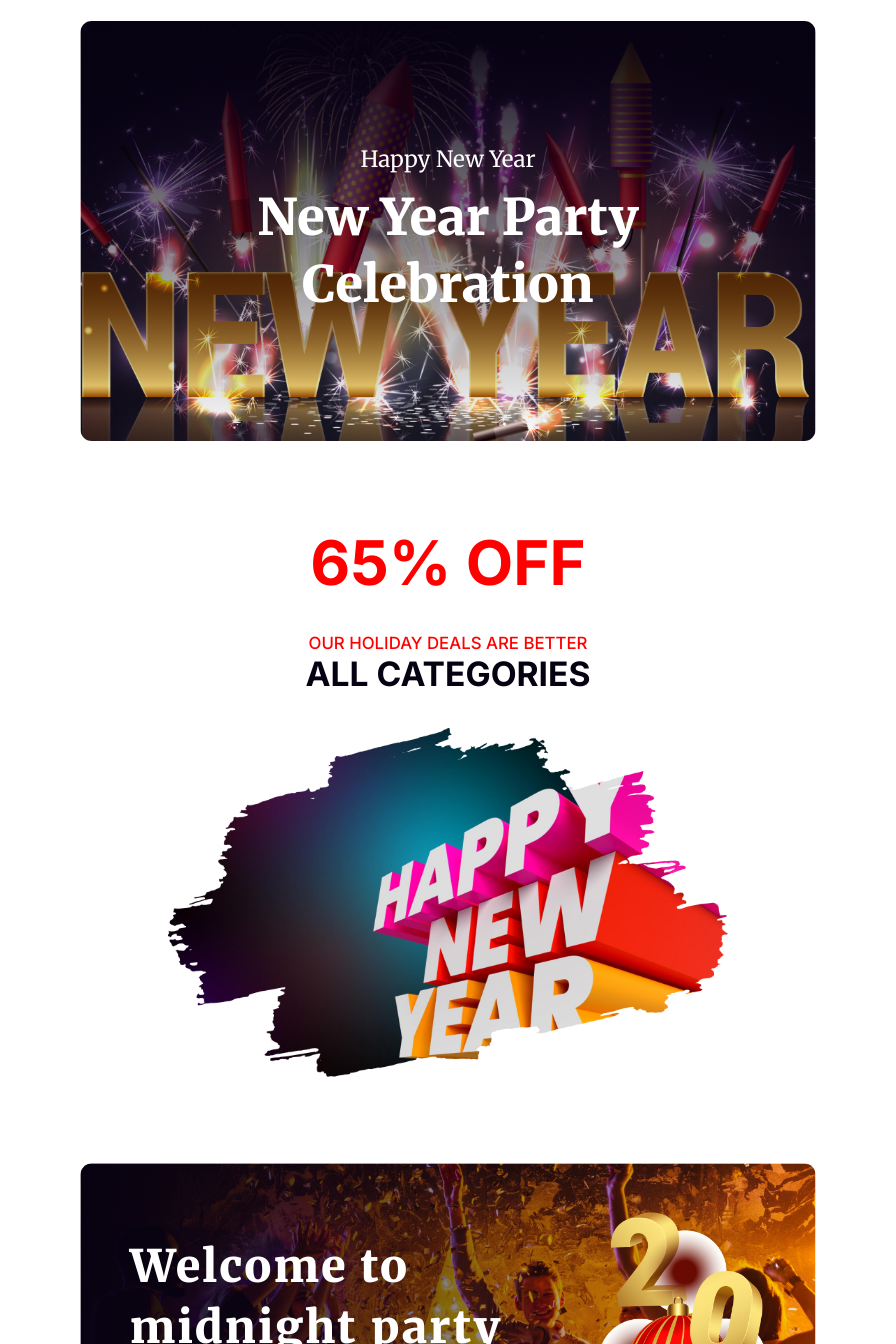
Repository: ShouravAhammed/simple-responsive-new-year
Page: index.html
These files come from the project's save history. The page is drawn as it stood at one moment and after the next save; the edit follows.
The browser window is 1280 px wide. The pictures show the part of the page from y = 0 to 1920 px (the page is 6863 px tall before and 835 px after), at 70% of full size.

Above is the page before, as saved 2024-01-11 17:25:13.

After the next save:
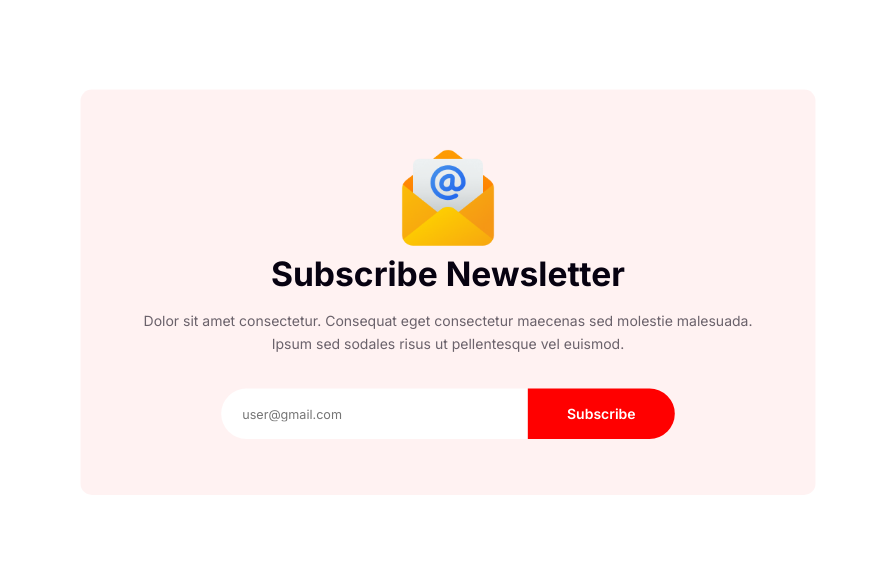
Saved 4 min 3 s later.
--- a/index.html
+++ b/index.html
@@ -12,7 +12,7 @@
 </head>
 <body>
     <!-- header part  -->
-    <header>
+    <header class="hide">
         <!-- banner section part -->
         <section id="banner">
             <div class="container">
@@ -28,7 +28,7 @@
     <!-- main part -->
     <main>
         <!-- categories section part  -->
-            <section id="categories">
+            <section id="categories hide" class="hide">
                 <div class="container">
                     <div class="categories-container">
                         <h2 class="categories-discount">65% OFF</h2>
@@ -42,7 +42,7 @@
             </section>
 
             <!-- party-banner section part -->
-            <section id="party-banner">
+            <section id="party-banner" class="hide">
                 <div class="container">
                     <div class="party-container">
                         <div class="party-content">
@@ -55,7 +55,7 @@
                 </div>
             </section>
             <!-- Announce section part -->
-            <section id="announce">
+            <section id="announce" class="hide">
                 <div class="container">
                     <div class="announce-content">
                         <h4 class="announce-title"><span class="title-color">Place:</span> New Park Hotel</h4>
@@ -66,7 +66,7 @@
                 </div>
             </section>
             <!-- best offer section part -->
-            <section id="best-offer">
+            <section id="best-offer" class="hide">
                 <div class="container">
                     <div class="best-offer-container">
                         <div class="best-offer-content">
@@ -88,7 +88,7 @@
                 </div>
             </section>
             <!-- holiday section part  -->
-            <section id="holiday" >
+            <section id="holiday" class="hide">
                 <div class="container">
                     <div class="holiday-container">
                         <div class="holiday-content">
@@ -114,7 +114,7 @@
             </section>
             <!-- Portfolio section part -->
 
-            <section id="portfolio">
+            <section id="portfolio" class="hide">
                 <div class="container">
                     <div class="portfolio-container">
                         <div class="portfolio-box">
@@ -154,7 +154,7 @@
             </section>
     </main>
     <!--  footer part -->
-    <footer>
+    <footer class="hide">
         <section id="footer">
             <div class="container">
                 <div class="footer-describe-part line-color">
